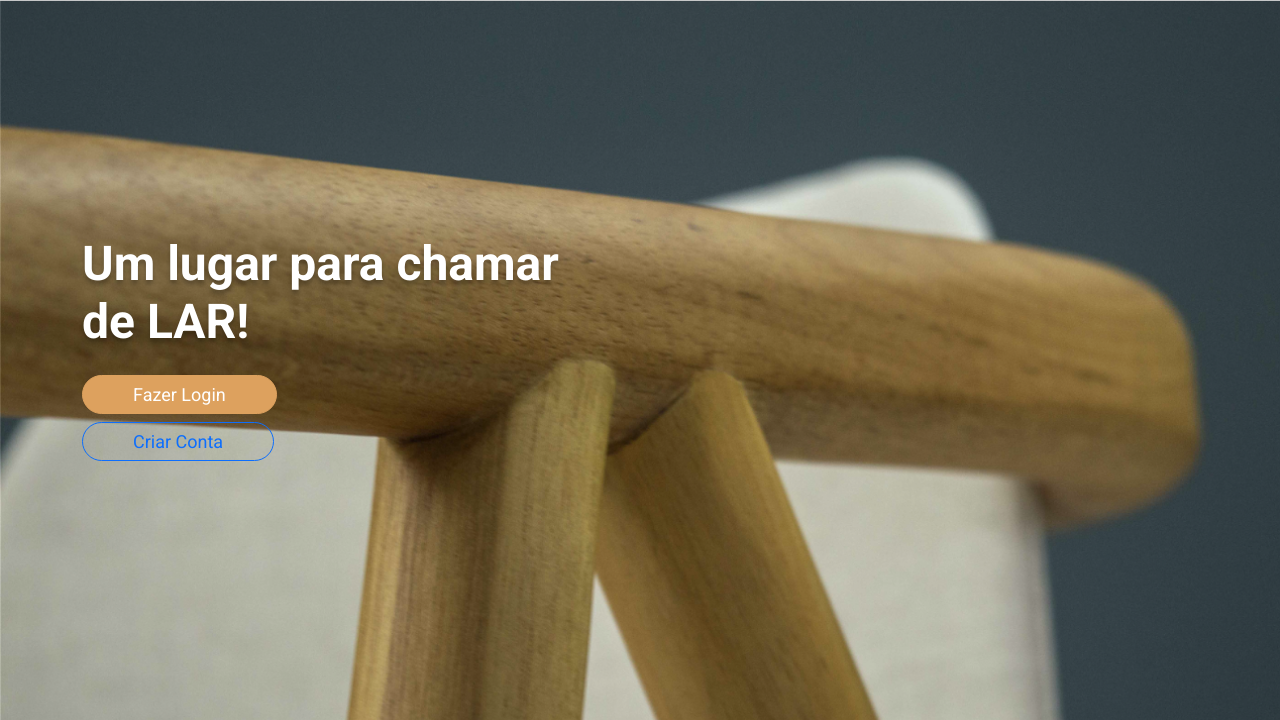
Repository: telesbp/Projeto-4-e-Projeto-5
Page: / (app in front-end/)
An editor plug-in stored every save of this project. The page is shown before and after the next save, followed by the edit.
The browser window is 1280 px wide. The pictures show the whole page.
The project was rebuilt for these pictures with package versions that can differ from the ones it lists, and the page was loaded fresh each time.

Above is the page before, as saved 2022-07-17 15:58:59.

After the next save:
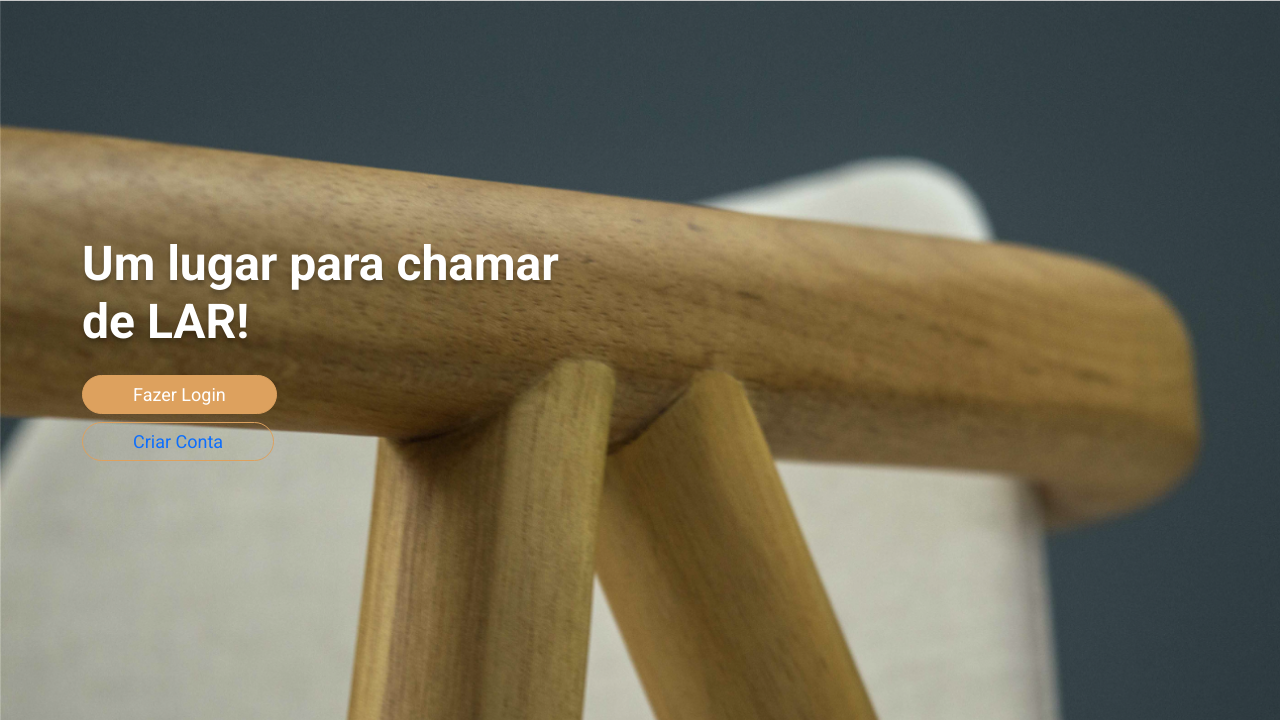
Saved 50 s later.
--- a/front-end/src/components/CustomButton/index.tsx
+++ b/front-end/src/components/CustomButton/index.tsx
@@ -21,4 +21,10 @@ const ButtonStyled = styled(Button)`
             border-color: #bc6c25;
         }
     `}
+    ${props => props.variant === "outline-primary" && `
+        border-color: #dda15e;
+        &:hover {
+            border-color: #bc6c25;
+        }
+    `}
 `
